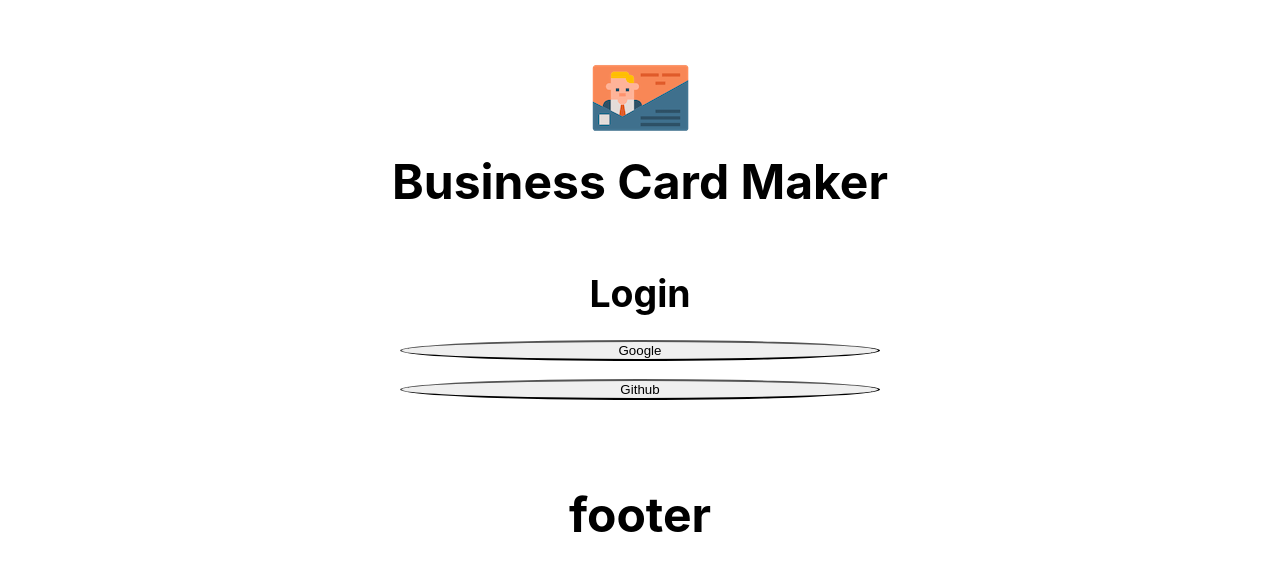
Repository: gomgomigom/firebase_practice_card_maker
Page: /
The author's editor kept a copy of each file at every save. The page is drawn from the files as they stood at one save, then again after the next save.
The browser window is 1280 px wide. The pictures show the whole page.
The page's requests for data from a server got no answer. The project was rebuilt for these pictures with package versions that can differ from the ones it lists, and the page was loaded fresh each time. No one was signed in, and anything a server would have sent is missing.

Above is the page before, as saved 2022-01-21 13:54:34.

### public/index.html
<!DOCTYPE html>
<html lang="en">
  <head>
    <meta charset="utf-8" />
    <link rel="icon" href="./images/logo.png" />
    <meta name="viewport" content="width=device-width, initial-scale=1" />
    <meta name="theme-color" content="#000000" />
    <meta
      name="description"
      content="Web site created using create-react-app"
    />
    <title>Card-Maker</title>
  </head>
  <body>
    <noscript>You need to enable JavaScript to run this app.</noscript>
    <div id="root"></div>
  </body>
</html>

### src/index.js
import React from 'react';
import ReactDOM from 'react-dom';
import './index.module.css';
import App from './app';
import AuthService from './service/auth_service';

const authService = new AuthService();
ReactDOM.render(
  <React.StrictMode>
    <App authService={authService} />
  </React.StrictMode>,
  document.getElementById('root')
);

### src/app.js
import './app.css';
import Login from './components/login/login';

function App({ authService }) {
  return (
    <h1>
      <Login authService={authService} />
    </h1>
  );
}

export default App;

### src/service/auth_service.js
import firebase from 'firebase';
import firebaseApp from './firebase';

class AuthService {
  login(providerName) {
    const authProvider = new firebase.auth[`${providerName}AuthProvider`]();
    return firebaseApp.auth().signInWithPopup(authProvider);
  }
}
export default AuthService;

### src/components/login/login.jsx
import React from 'react';
import Footer from '../footer/footer';
import Header from '../header/header';
import styles from './login.module.css';

const Login = ({ authService }) => {
  const onLogin = (event) => {
    authService //
      .login(event.currentTarget.textContent)
      .then(console.log);
  };

  return (
    <section className={styles.login}>
      <Header />
      <section className={styles.loginList}>
        <h1 className={styles.title}>Login</h1>
        <ul>
          <li>
            <button className={styles.button} onClick={onLogin}>
              Google
            </button>
          </li>
          <li>
            <button className={styles.button} onClick={onLogin}>
              Github
            </button>
          </li>
        </ul>
      </section>
      <Footer />
    </section>
  );
};

export default Login;

### src/service/firebase.js
import firebase from 'firebase';

const firebaseConfig = {
  apiKey: process.env.REACT_APP_FIREBASE_API_KEY,
  authDomain: process.env.REACT_APP_FIREBASE_AUTH_DOMAIN,
  projectId: process.env.REACT_APP_FIREBASE_PROJECT_ID,
  storageBucket: process.env.REACT_APP_FIREBASE_STORAGE_BUCKET,
};

const firebaseApp = firebase.initializeApp(firebaseConfig);

export default firebaseApp;

### src/components/footer/footer.jsx
import React from 'react';

const Footer = (props) => <h1>footer</h1>;

export default Footer;

### src/components/header/header.jsx
import React from 'react';
import styles from './header.module.css';

const Header = ({ onLogout }) => {
  return (
    <header className={styles.header}>
      {onLogout && (
        <button className={styles.button} onClick={onLogout}>
          Logout
        </button>
      )}
      <img className={styles.logo} src='/images/logo.png' alt='logo' />
      <h1 className={styles.title}>Business Card Maker</h1>
    </header>
  );
};

export default Header;

### src/components/login/login.module.css
@value makerGrey from '../../common/colors.css';
@value makerWhite from '../../common/colors.css';
@value makerGreen from '../../common/colors.css';

.login {
  display: flex;
  flex-direction: column;
  align-items: center;
  justify-content: center;
  background-color: makerGrey;
  padding: 2rem;
}

.loginList {
  width: 40rem;
  height: 14rem;
  flex-direction: column;
  display: flex;
  align-items: center;
  justify-content: center;
  background-color: makerWhite;
}

li {
  list-style: none;
}

ul {
  margin: 0;
  padding: 0;
}

.title {
  margin: 0.5rem;
}

.button {
  border: 2px solid makerGreen;
  border-radius: 50%;
  width: 30rem;
}

### src/components/header/header.module.css
@value makerBlack from '../../common/colors.css';
@value makerGreen from '../../common/colors.css';
@value makerWhite from '../../common/colors.css';
@value makerWheat from '../../common/colors.css';

.header {
  width: 40rem;
  display: flex;
  flex-wrap: wrap;
  flex-direction: column;
  justify-content: center;
  align-items: center;
  font-size: 2rem;
  background-color: makerGreen;
}

.logo {
  margin: 0.6rem;
}

.title {
  color: makerWhite;
  margin: 0.6rem;
}

Loaded but not shown: src/index.module.css (common file); src/app.css (common file)

After the next save:
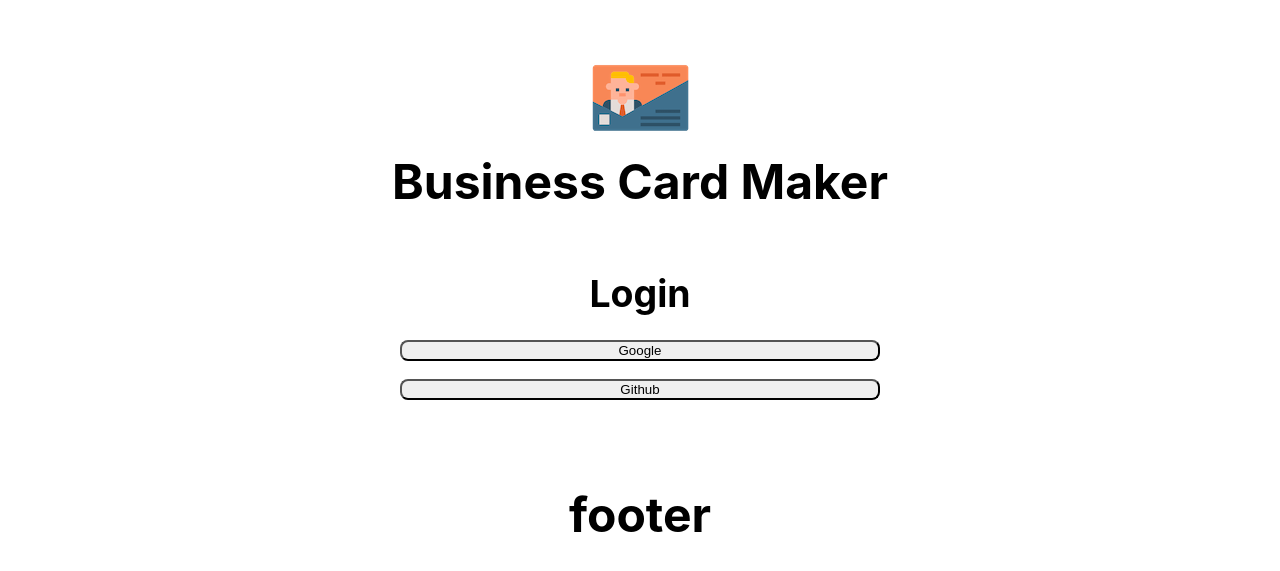
Saved 8 s later.
--- a/src/components/login/login.module.css
+++ b/src/components/login/login.module.css
@@ -36,6 +36,6 @@ ul {
 
 .button {
   border: 2px solid makerGreen;
-  border-radius: 50%;
+  border-radius: 0.5rem;
   width: 30rem;
 }
